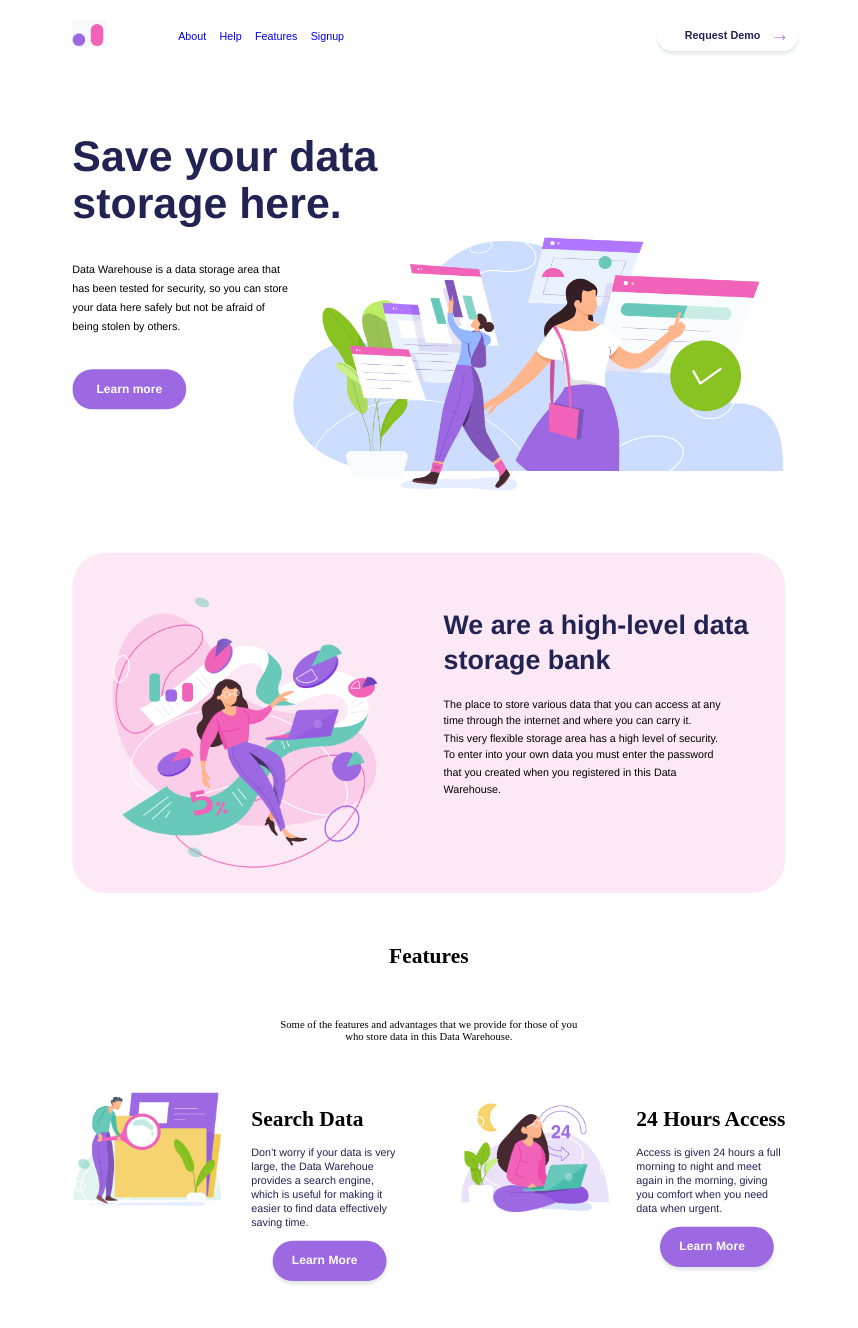
Repository: batonAnton/HW6_flexbox
Page: index.html
The author's editor kept a copy of each file at every save. The page is drawn from the files as they stood at one save, then again after the next save.
The browser window is 1280 px wide. The pictures show the whole page, at 67% of full size.
Some web fonts or font styles are not loaded; a fallback is used.

Above is the page before, as saved 2022-06-18 12:51:52.

After the next save:
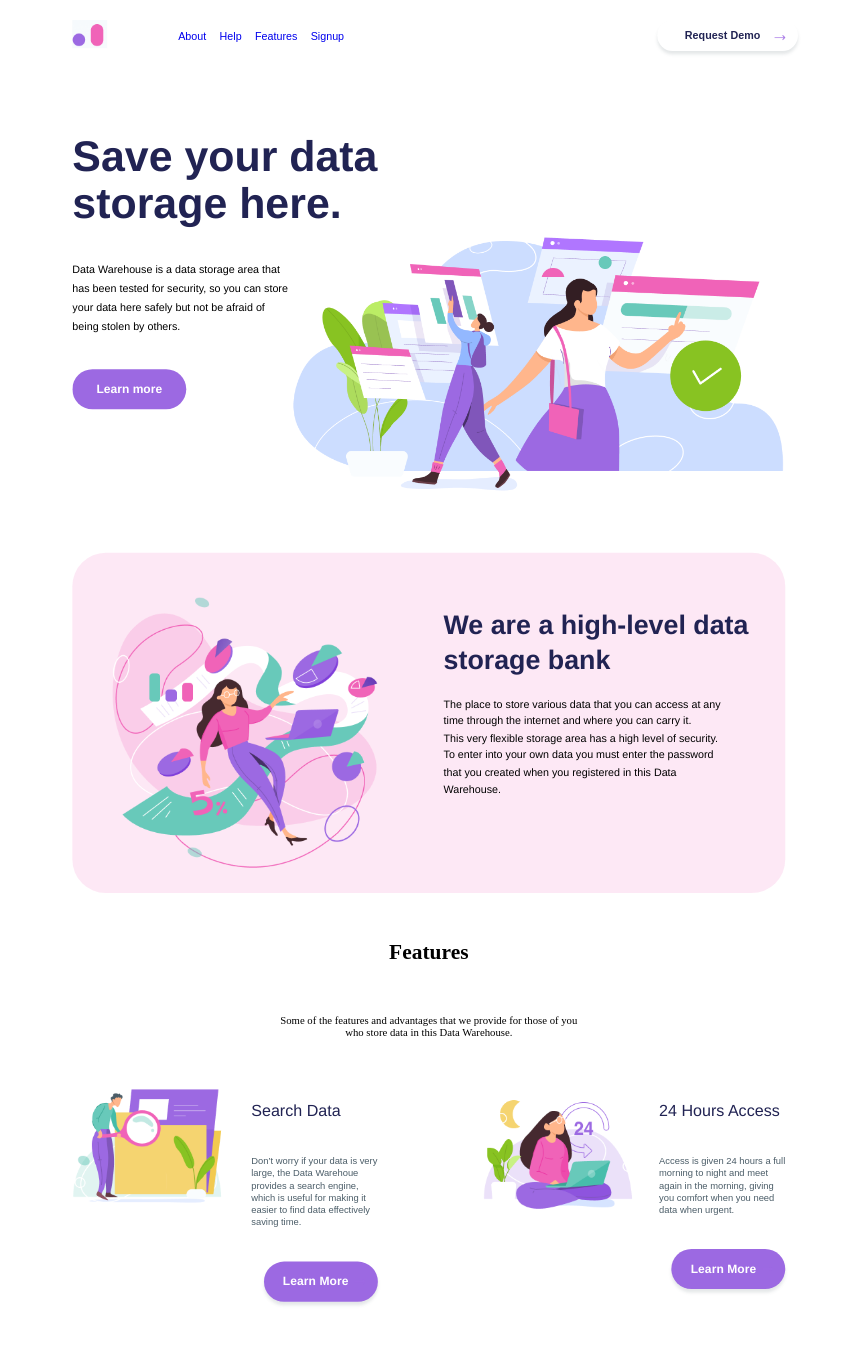
Saved 5 min 0 s later.
--- a/css/style.css
+++ b/css/style.css
@@ -160,7 +160,7 @@ line-height: 160%;
 
 .section3-header{
     text-align: center;
-    margin: 75px;
+    margin: 30px 0 75px 0;
 }
 
 .row1{
@@ -178,16 +178,22 @@ line-height: 160%;
   margin-left: 35px;
 }
 
-.section3 .info p{
+.section3 .info h1{
   font-family: 'Helvetica';
 font-style: normal;
-font-weight: 200;
-font-size: 16px;
+font-weight: 400;
+font-size: 24px;
 line-height: 130%;
-/* or 31px */
-
-display: flex;
-align-items: center;
-
 color: #212353;
 }
+
+.section3 .info p{
+  font-family: 'Avenir',  sans-serif;
+font-style: normal;
+font-weight: 200;
+font-size: 14px;
+line-height: 130%;
+color: #4B5D68;
+margin-top: 50px;
+margin-bottom: 50px;
+}
